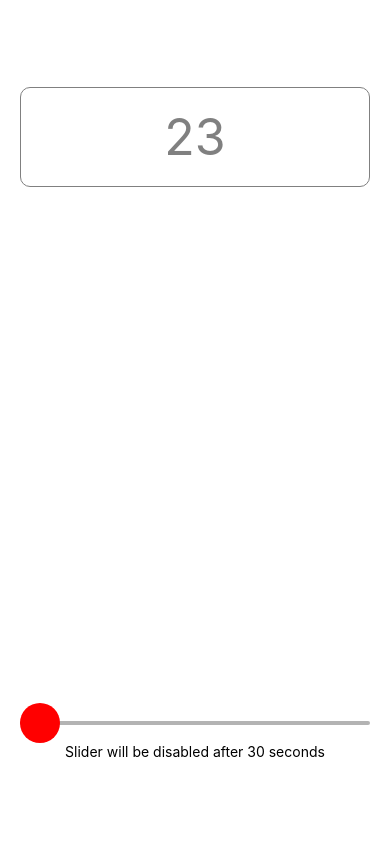
Repository: sonnke/imageResizer
Screen: /
An editor plug-in stored every save of this project. The screen is shown before and after the next save, followed by the edit.
Pictures or frames that could not be fetched are drawn as grey boxes. The app was drawn by React Native's web renderer in a window 390 px wide. The project was rebuilt for these pictures with package versions that can differ from the ones it lists, and the page was loaded fresh each time.

Above is the screen before, as saved 2020-02-02 23:41:28.

After the next save:
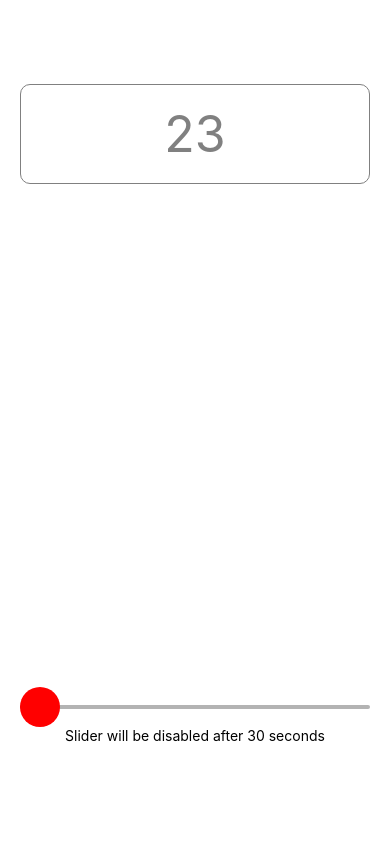
Saved 17 s later.
--- a/src/components/MainScreen.tsx
+++ b/src/components/MainScreen.tsx
@@ -10,6 +10,7 @@ const MainContainer = styled.View`
   justify-content: space-around;
   padding-left: 20px;
   padding-right: 20px;
+  padding-bottom: 20px;
   padding-top: 40px;
 `;
 
